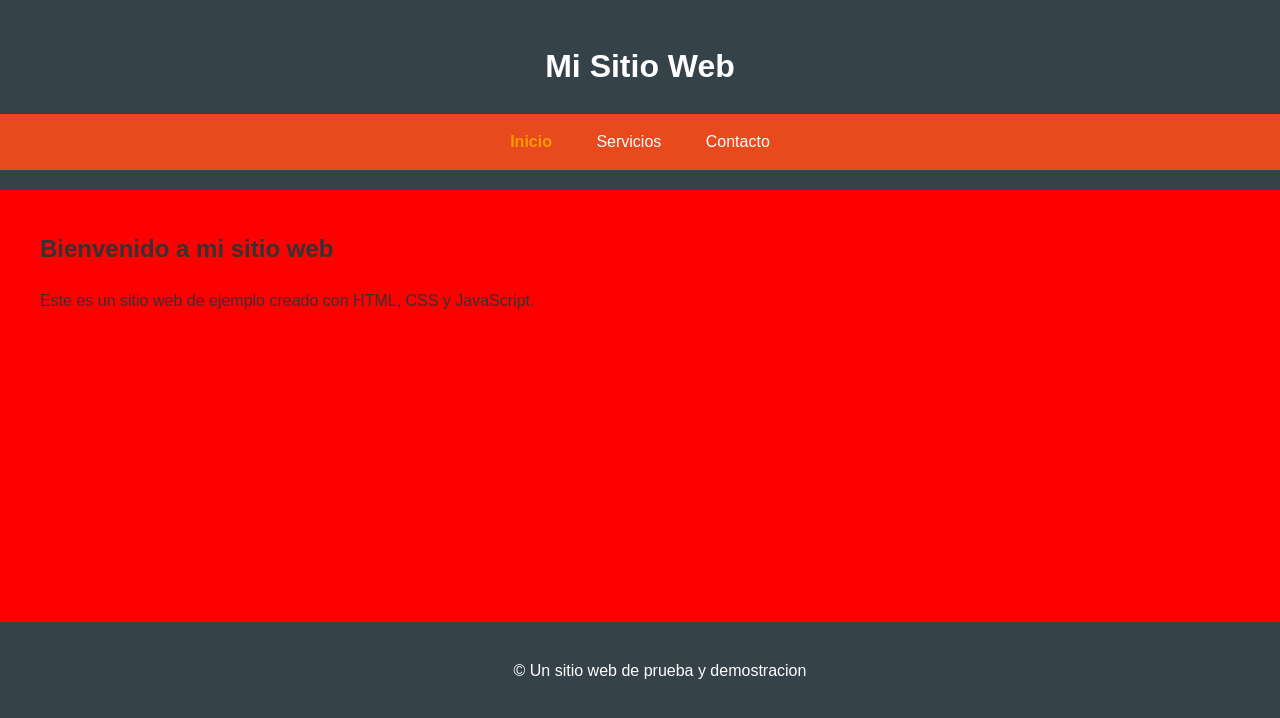
Repository: Sevanjo/Pagina_web
Page: HTML/index.html
An editor plug-in stored every save of this project. The page is shown before and after the next save, followed by the edit.
The browser window is 1280 px wide. The pictures show the whole page.

Above is the page before, as saved 2025-04-20 19:10:23.

### HTML/index.html
<!DOCTYPE html>
<html lang="es">
<head>
    <meta charset="UTF-8">
    <meta name="viewport" content="width=device-width, initial-scale=1.0">
    <title>Mi Sitio Web - Inicio</title>
    <link rel="stylesheet" href="../CSS/styles.css">
</head>
<body>
    <header>
        <h1>Mi Sitio Web</h1>
        <nav>
            <ul>
                <li><a href="index.html">Inicio</a></li>
                <li><a href="servicios.html">Servicios</a></li>
                <li><a href="contacto.html">Contacto</a></li>
            </ul>
        </nav>
    </header>

    <main>
        <section>
            <h2>Bienvenido a mi sitio web</h2>
            <p>Este es un sitio web de ejemplo creado con HTML, CSS y JavaScript.</p>
        </section>
    </main>

    <footer>
        <p>&copy; Un sitio web de prueba y demostracion</p>
    </footer>

    <script src="js/script.js"></script>
</body>
</html>

### CSS/styles.css
/* Estilos generales */
body {
    font-family: 'Arial', sans-serif;
    line-height: 1.6;
    margin: 0;
    padding: 0;
    color: #333;
    background-color :red !important;
}



header {
    background: #35424a;
    color: #ffffff;
    padding: 20px 0;
    text-align: center;
}

nav ul {
    padding: 0;
    list-style: none;
    background: #e8491d;
    text-align: center;
    margin: 0;
}

nav li {
    display: inline;
}

nav a {
    color: #ffffff;
    text-decoration: none;
    padding: 15px 20px;
    display: inline-block;
}

nav a:hover {
    background: #cccccc;
    color: #35424a;
}

main {
    padding: 20px;
    max-width: 1200px;
    margin: 0 auto;
}

footer {
    background: #35424a;
    color: #ffffff;
    text-align: center;
    padding: 20px;
    position: fixed;
    bottom: 0;
    width: 100%;
}

/* Estilos para el formulario de contacto */
form {
    max-width: 500px;
    margin: 20px auto;
    padding: 20px;
    background: #ffffff;
    border-radius: 5px;
}

form label {
    display: block;
    margin: 10px 0 5px;
}

form input[type="text"],
form input[type="email"],
form textarea {
    width: 100%;
    padding: 8px;
    margin-bottom: 10px;
    border: 1px solid #ddd;
    border-radius: 4px;
}

form button {
    background: #e8491d;
    color: #fff;
    border: none;
    padding: 10px 15px;
    cursor: pointer;
    border-radius: 4px;
}

form button:hover {
    background: #35424a;
}

/* Estilos responsivos */
@media (max-width: 768px) {
    nav li {
        display: block;
    }

    nav a {
        display: block;
        padding: 10px;
    }
}

### JS/script.js
// Función para manejar el envío del formulario
document.getElementById('contactForm')?.addEventListener('submit', function(e) {
    e.preventDefault();

    const name = document.getElementById('name').value;
    const email = document.getElementById('email').value;
    const message = document.getElementById('message').value;

    // Validación simple
    if (name && email && message) {
        alert(`Gracias ${name}, tu mensaje ha sido enviado. Te responderemos a ${email} pronto.`);
        this.reset();
    } else {
        alert('Por favor completa todos los campos.');
    }
});

// Cambiar el color del encabezado al hacer scroll
window.addEventListener('scroll', function() {
    const header = document.querySelector('header');
    if (window.scrollY > 50) {
        header.style.backgroundColor = '#222';
    } else {
        header.style.backgroundColor = '#35424a';
    }
});

// Resaltar el enlace de la página actual
document.addEventListener('DOMContentLoaded', function() {
    const currentPage = location.pathname.split('/').pop();
    const links = document.querySelectorAll('nav a');

    links.forEach(link => {
        if (link.getAttribute('href') === currentPage) {
            link.style.fontWeight = 'bold';
            link.style.color = '#ff9900';
        }
    });
});

After the next save:
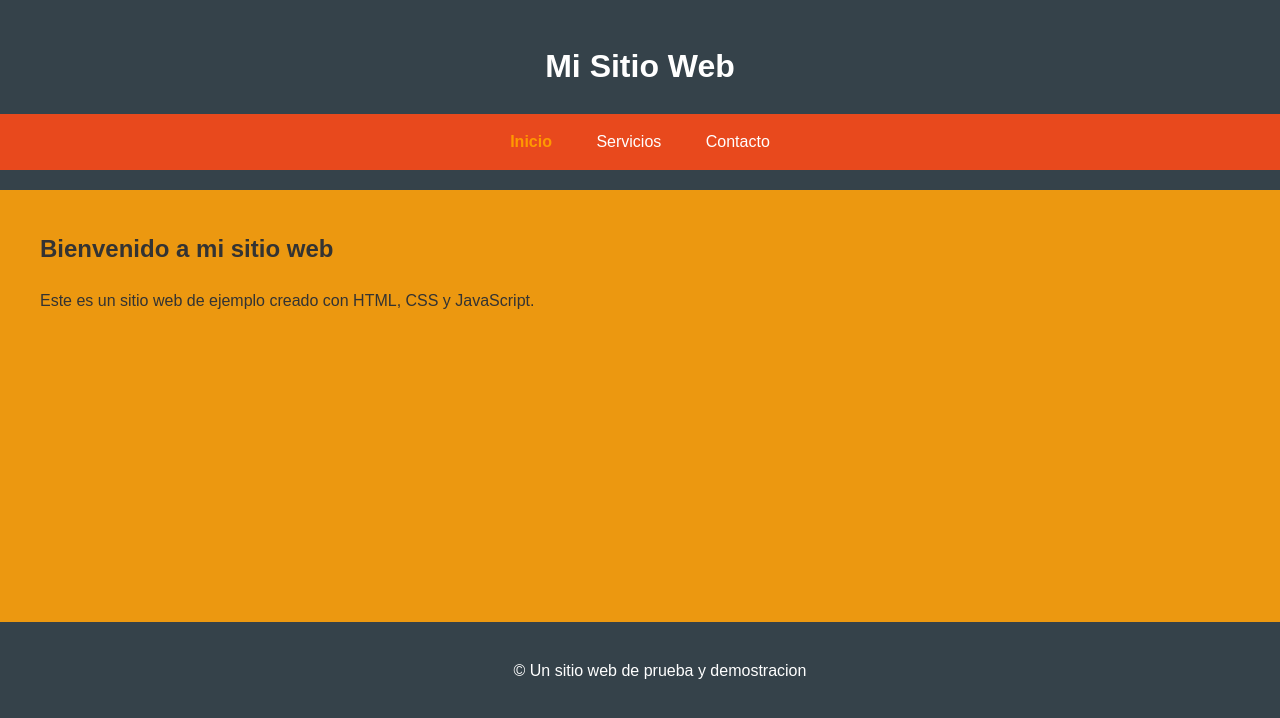
Saved 32 s later.
--- a/CSS/styles.css
+++ b/CSS/styles.css
@@ -5,7 +5,7 @@ body {
     margin: 0;
     padding: 0;
     color: #333;
-    background-color :red !important;
+    background-color :rgb(236, 152, 16) !important;
 }
 
 
